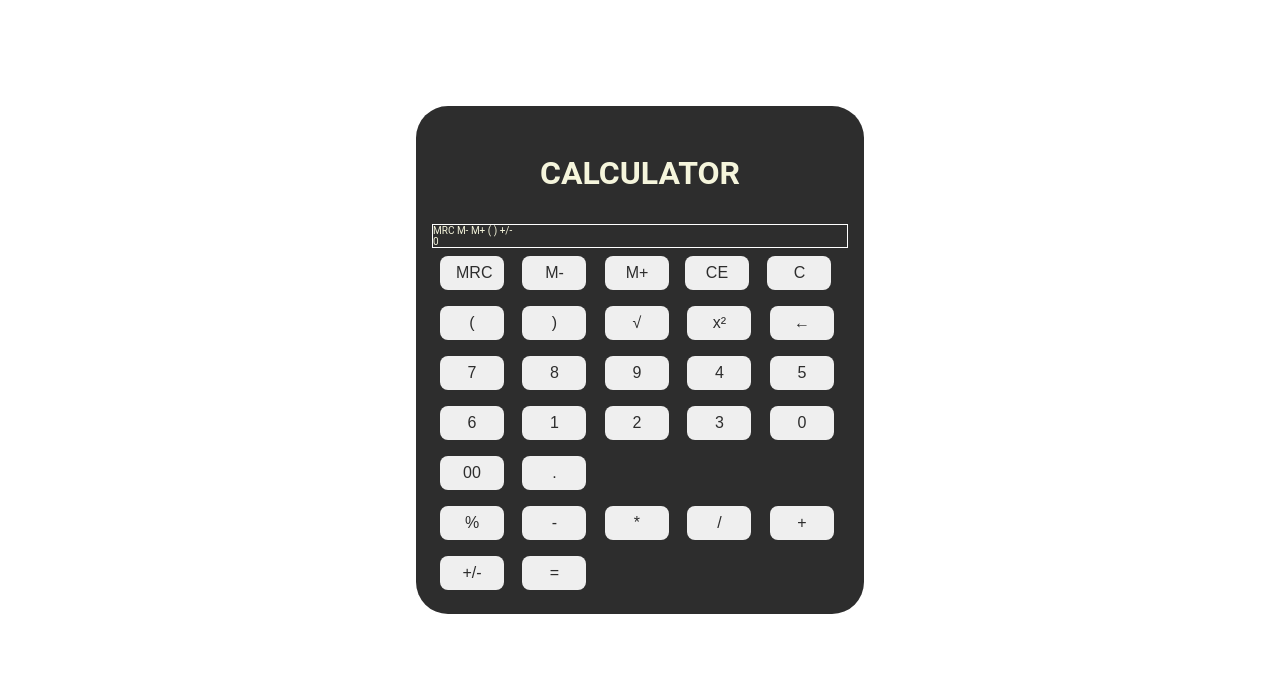
Repository: Denis793/CalculatorNew
Page: index.html
The author's editor kept a copy of each file at every save. The page is drawn from the files as they stood at one save, then again after the next save.
The browser window is 1280 px wide. The pictures show the whole page.
The style sheet was rebuilt from its Sass, Less or Tailwind sources for each picture, by a compiler version that may differ from the author's.

Above is the page before, as saved 2025-05-17 18:44:22.

### index.html
<!DOCTYPE html>
<html lang="en">
  <head>
    <meta charset="UTF-8" />
    <meta name="viewport" content="width=device-width, initial-scale=1.0" />
    <title>Calculator</title>
    <link rel="stylesheet" href="./app/style/css/main.css" />
  </head>
  <body>
    <div class="calculatorContainer">
      <h1>Calculator</h1>

      <div class="display">
        <div class="indicators">
          <span class="indicator" data-key="MRC">MRC</span>
          <span class="indicator" data-key="M-">M-</span>
          <span class="indicator" data-key="M+">M+</span>
          <span class="indicator" data-key="()">( )</span>
          <span class="indicator" data-key="+/-">+/-</span>
        </div>

        <ul id="historyList"></ul>

        <div class="previous"></div>
        <div class="current"></div>
      </div>

      <div class="keypad">
        <div class="memoryBtn">
          <button class="button">MRC</button>
          <button class="button">M-</button>
          <button class="button">M+</button>
        </div>

        <div class="cleanBtn">
          <button class="button">CE</button>
          <button class="button ac">C</button>
        </div>

        <div class="buttonFirst">
          <button class="button">(</button>
          <button class="button">)</button>
          <button class="button">√</button>
          <button class="button">x²</button>
          <button class="button">←</button>
        </div>

        <div class="numbersBtn">
          <button class="button">7</button>
          <button class="button">8</button>
          <button class="button">9</button>

          <button class="button">4</button>
          <button class="button">5</button>
          <button class="button">6</button>

          <button class="button">1</button>
          <button class="button">2</button>
          <button class="button">3</button>

          <button class="button">0</button>
          <button class="button">00</button>
          <button class="button">.</button>
        </div>

        <div class="operationsBtn">
          <button class="button">%</button>
          <button class="button">-</button>
          <button class="button">*</button>
          <button class="button">/</button>
          <button class="button plus">+</button>
          <button class="button">+/-</button>
          <button class="button">=</button>
        </div>
      </div>
    </div>
    <script type="module" src="./app/js/main.js"></script>
  </body>
</html>

### app/js/main.js
import { initializeCalculator } from './state.js';
import './memory.js';
import './operations.js';
import './equals.js';
import './formatter.js';
import './history.js';
import './inputHandler.js';

initializeCalculator();

### app/js/state.js
import { handleMemory } from './memory.js';
import { handleOperations } from './operations.js';
import { handleEquals } from './equals.js';
import { handleInput } from './inputHandler.js';

export const state = {
  expression: '',
  memory: 0,
  memoryLog: [],
  memoryActive: false,

  finish: false,
  lastOperator: '',
  lastOperand: '',
  history: [],
  MAX_LENGTH: 12,
  displayPrev: document.querySelector('.previous'),
  displayCurr: document.querySelector('.current'),
  buttons: document.querySelector('.keypad'),
  historyList: document.getElementById('historyList'),
  lastFunction: '',
  parenthesesCount: 0,
};

export function clearAll() {
  state.expression = '';
  state.finish = false;
  state.lastOperator = '';
  state.lastOperand = '';
  state.lastFunction = '';
  state.parenthesesCount = 0;
  state.displayCurr.textContent = '0';
  state.displayPrev.textContent = '';
  state.historyList.innerHTML = '';
  state.history = [];
  state.memoryActive = false;

  document.querySelectorAll('.button').forEach((btn) => btn.classList.remove('active-operator'));
  document.querySelectorAll('.indicator').forEach((i) => i.classList.remove('active'));
}

export function initializeCalculator() {
  clearAll();

  document.querySelector('.ac').addEventListener('click', clearAll);

  state.buttons.addEventListener('click', (e) => {
    const btn = e.target;
    if (!btn.classList.contains('button')) return;

    const key = btn.textContent;

    const specialKeys = ['MRC', 'M-', 'M+', '+/-', '√'];
    if (specialKeys.includes(key)) {
      document.querySelectorAll('.indicator').forEach((i) => {
        const keep = i.dataset.key === '()' && state.parenthesesCount > 0;
        if (!keep) i.classList.remove('active');
      });
      const indicator = document.querySelector(`.indicator[data-key="${key}"]`);
      if (indicator) indicator.classList.add('active');
    }

    if (handleMemory(key)) return;
    if (handleOperations(key)) return;
    if (handleEquals(key)) return;
    if (handleInput(key)) return;
  });
}

### app/js/memory.js
import { state } from './state.js';
import { formatExpression } from './formatter.js';

export function handleMemory(key) {
  if (!state.memoryLog) state.memoryLog = [];

  if (key === 'MRC') {
    const indicator = document.querySelector('.indicator[data-key="MRC"]');
    if (state.memoryActive) {
      state.memoryActive = false;
      if (indicator) indicator.classList.remove('active');
    } else {
      state.displayCurr.textContent = formatExpression(state.memory.toString());
      state.expression = state.memory.toString();
      state.finish = false;
      state.memoryActive = true;
      if (indicator) indicator.classList.add('active');
    }
    return true;
  }

  if (key === 'M+') {
    const value = parseFloat(state.displayCurr.textContent.replace(/\s/g, '')) || 0;
    state.memory += value;
    state.memoryLog.push(`+${value}`);
    if (state.memoryLog.length > 5) state.memoryLog.shift();
    state.memoryActive = true;
    const indicator = document.querySelector('.indicator[data-key="MRC"]');
    if (indicator) indicator.classList.add('active');
    return true;
  }

  if (key === 'M-') {
    const value = parseFloat(state.displayCurr.textContent.replace(/\s/g, '')) || 0;
    state.memory -= value;
    state.memoryLog.push(`-${value}`);
    if (state.memoryLog.length > 5) state.memoryLog.shift();
    state.memoryActive = true;
    const indicator = document.querySelector('.indicator[data-key="MRC"]');
    if (indicator) indicator.classList.add('active');
    return true;
  }

  return false;
}

### app/js/operations.js
import { state, clearAll } from './state.js';
import { formatExpression } from './formatter.js';

export function handleOperations(key) {
  if (key === '+/-') {
    if (state.displayCurr.textContent === '0') return true;
    if (state.finish) {
      state.expression = (-parseFloat(state.displayCurr.textContent.replace(/\s/g, ''))).toString();
      state.finish = false;
    } else {
      const match = state.expression.match(/(-?\d+\.?\d*)$/);
      if (match) {
        const num = match[0];
        const inverted = (-parseFloat(num)).toString();
        state.expression = state.expression.slice(0, -num.length) + inverted;
      } else {
        state.expression = '-' + state.expression;
      }
    }
    state.displayCurr.textContent = formatExpression(state.expression);
    return true;
  }

  if (key === '←') {
    if (state.finish) return true;
    state.expression = state.expression.slice(0, -1);
    state.displayCurr.textContent = formatExpression(state.expression) || '0';
    return true;
  }

  if (key === '%') {
    state.expression += '/100';
    state.displayCurr.textContent = formatExpression(state.expression);
    return true;
  }

  if (key === '√') {
    if (state.expression === '') return true;
    const original = state.expression;
    const result = Math.sqrt(eval(original));
    const visible = `√${original}`;
    state.expression = result.toString();
    state.displayCurr.textContent = formatExpression(state.expression);
    state.displayPrev.textContent = visible;
    state.lastFunction = 'sqrt';
    state.lastOperator = '';
    state.lastOperand = '';
    state.finish = true;
    const indicator = document.querySelector(`.indicator[data-key="√"]`);
    if (indicator) indicator.classList.add('active');
    return true;
  }

  if (key === '(') {
    const lastChar = state.expression.slice(-1);
    if (/\d|\)/.test(lastChar)) return true;

    if (state.finish) {
      state.expression = '';
      state.finish = false;
    }

    state.expression += key;
    state.displayCurr.textContent = formatExpression(state.expression);
    state.parenthesesCount++;

    const indicator = document.querySelector('.indicator[data-key="()"]');
    if (indicator) indicator.classList.add('active');

    return true;
  }

  if (key === ')') {
    if (state.finish) {
      state.expression = '';
      state.finish = false;
    }
    state.expression += key;
    state.displayCurr.textContent = formatExpression(state.expression);
    if (state.parenthesesCount > 0) {
      state.parenthesesCount--;
      if (state.parenthesesCount === 0) {
        const indicator = document.querySelector(`.indicator[data-key="()"]`);
        if (indicator) indicator.classList.remove('active');
      }
    }
    return true;
  }

  if (key === 'x²') {
    const value = eval(state.expression || '0');
    const result = value ** 2;
    const visible = `${value}²`;
    state.expression = result.toString();
    state.displayCurr.textContent = formatExpression(state.expression);
    state.displayPrev.textContent = visible;
    state.lastFunction = 'square';
    state.lastOperator = '';
    state.lastOperand = '';
    state.finish = true;
    return true;
  }

  if (key === 'CE') {
    const match = state.expression.match(/.*?(?:[+\-*/(]|^)([\d.]+)$/);
    if (match) {
      state.expression = state.expression.slice(0, -match[1].length);
    } else {
      state.expression = '';
    }
    state.lastFunction = '';
    state.displayCurr.textContent = formatExpression(state.expression) || '0';
    document.querySelectorAll('.indicator').forEach((i) => i.classList.remove('active'));
    return true;
  }

  if (key === 'C') {
    clearAll();
    return true;
  }

  return false;
}

### app/js/equals.js
import { state } from './state.js';
import { formatExpression } from './formatter.js';
import { addToHistory } from './history.js';

export function handleEquals(key) {
  if (key !== '=') return false;

  try {
    const open = (state.expression.match(/\(/g) || []).length;
    const close = (state.expression.match(/\)/g) || []).length;
    if (open !== close) return true;

    if (!state.finish) {
      const result = eval(state.expression);
      const match = state.expression.match(/(.+)([+\-*/])\s*(-?\d+\.?\d*)$/);

      if (match) {
        state.lastOperator = match[2];
        state.lastOperand = match[3];
      } else {
        state.lastOperator = '';
        state.lastOperand = '';
      }

      const visible = state.displayPrev.textContent || state.expression;

      state.displayCurr.textContent = formatExpression(result.toString());
      state.expression = result.toString();
      state.finish = true;
      state.displayPrev.textContent = '';

      const containsOperator = /[+\-*/()]|Math\.sqrt|%/.test(visible);
      const isSame = visible.replace(/\s/g, '') === result.toString();

      if (containsOperator && !isSame) {
        addToHistory(`${visible} = ${result}`);
      }
    } else if (state.lastFunction === 'sqrt' && state.finish) {
      const value = parseFloat(state.expression);
      const result = Math.sqrt(value);
      const visible = `√${value}`;
      state.displayCurr.textContent = formatExpression(result.toString());
      state.expression = result.toString();
      state.displayPrev.textContent = visible;
      addToHistory(`${visible} = ${result}`);
      return true;
    } else if (state.lastOperator && state.lastOperand) {
      state.expression = `${state.expression}${state.lastOperator}${state.lastOperand}`;
      const result = eval(state.expression);
      state.displayCurr.textContent = formatExpression(result.toString());
      state.expression = result.toString();
      addToHistory(`${state.expression} = ${result}`);
    }
  } catch {
    return true;
  }

  return true;
}

### app/js/formatter.js
export function formatExpression(expression) {
  return expression.replace(/\d+/g, (match) => {
    return Number(match).toLocaleString('en-US').replace(/,/g, ' ');
  });
}

### app/js/history.js
import { state } from './state.js';

export function addToHistory(item) {
  state.history.push(item);
  if (state.history.length > 3) state.history.shift();

  state.historyList.innerHTML = '';
  state.history.forEach((entry) => {
    const li = document.createElement('li');
    li.textContent = entry;
    state.historyList.appendChild(li);
  });
}

### app/js/inputHandler.js
import { state } from './state.js';
import { formatExpression } from './formatter.js';

export function handleInput(key) {
  const allowed = ['0', '1', '2', '3', '4', '5', '6', '7', '8', '9', '.', '+', '-', '*', '/', '00'];
  if (!allowed.includes(key)) return false;

  if (state.finish) {
    if (!isNaN(key) || key === '(') state.expression = '';
    state.finish = false;
  }

  const digitsOnly = state.expression.replace(/\D/g, '');
  if (digitsOnly.length >= state.MAX_LENGTH) return true;

  if (state.displayCurr.textContent === '0' && !isNaN(key)) {
    state.expression = key;
  } else {
    state.expression += key;
  }

  state.displayCurr.textContent = formatExpression(state.expression);
  return true;
}

### app/style/scss/main.scss
@use 'reset' as *;
@use 'variables' as *;

.calculatorContainer {
  display: flex;
  flex-direction: column;
  align-items: center;
  background: #2d2d2d;
  border-radius: 2rem;
  padding: 1rem;
}

h1 {
  font-size: 2rem;
  text-transform: uppercase;
  margin: 2rem;
}

.display {
  width: 100%;
  border: 1px solid #fff;
}

button {
  width: 4rem;
  padding: 0.5rem 1rem;
  text-align: center;
  margin: 0.5rem;
  border: none;
  font-size: 1rem;
  border-radius: 0.5rem;
  color: #2d2d2d;
}

.keypad {
  width: 26rem;
  display: flex;
  flex-wrap: wrap;
}

### app/style/scss/_reset.scss
* {
  margin: 0;
  padding: 0;
  box-sizing: border-box;
  color: beige;
}

body {
  font-family: 'Roboto', sans-serif;
  font-size: 10px;
  height: 100vh;
  display: flex;
  justify-content: center;
  align-items: center;
}

### app/style/scss/_variables.scss
:root {
  --memoryBtn: #000;
}

After the next save:
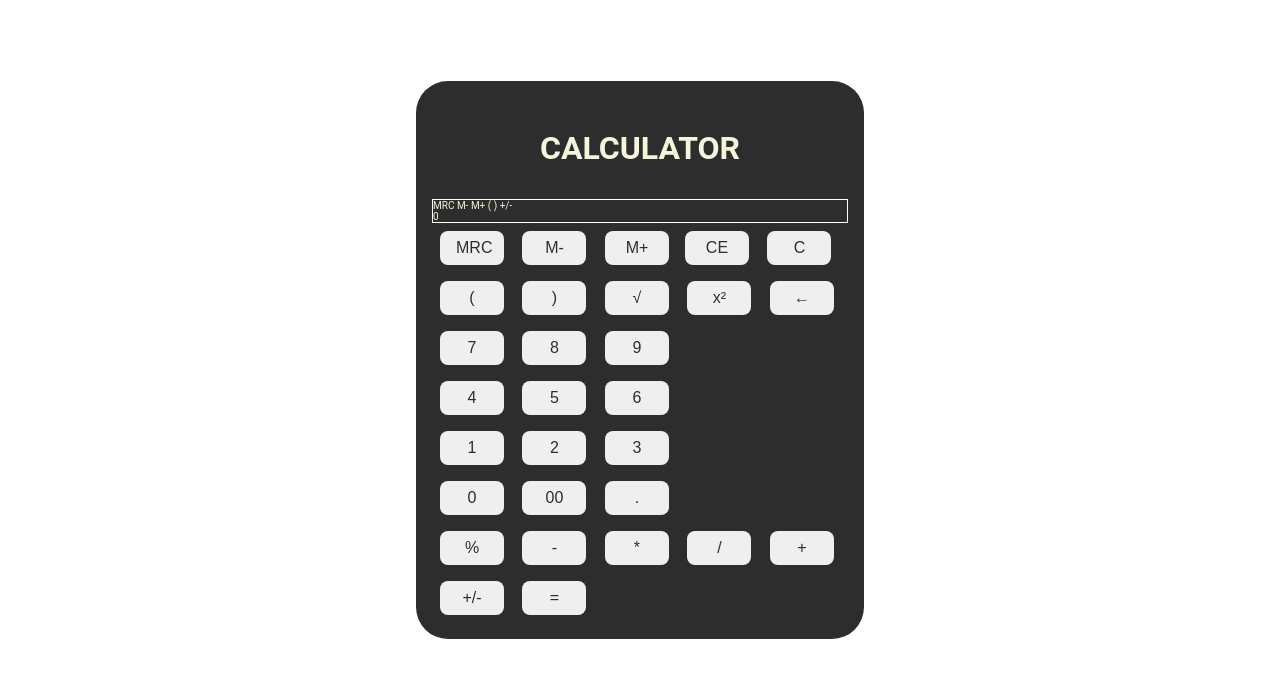
Saved 47 s later.
--- a/app/style/scss/main.scss
+++ b/app/style/scss/main.scss
@@ -37,3 +37,7 @@ button {
   display: flex;
   flex-wrap: wrap;
 }
+
+.numbersBtn {
+  width: 60%;
+}
